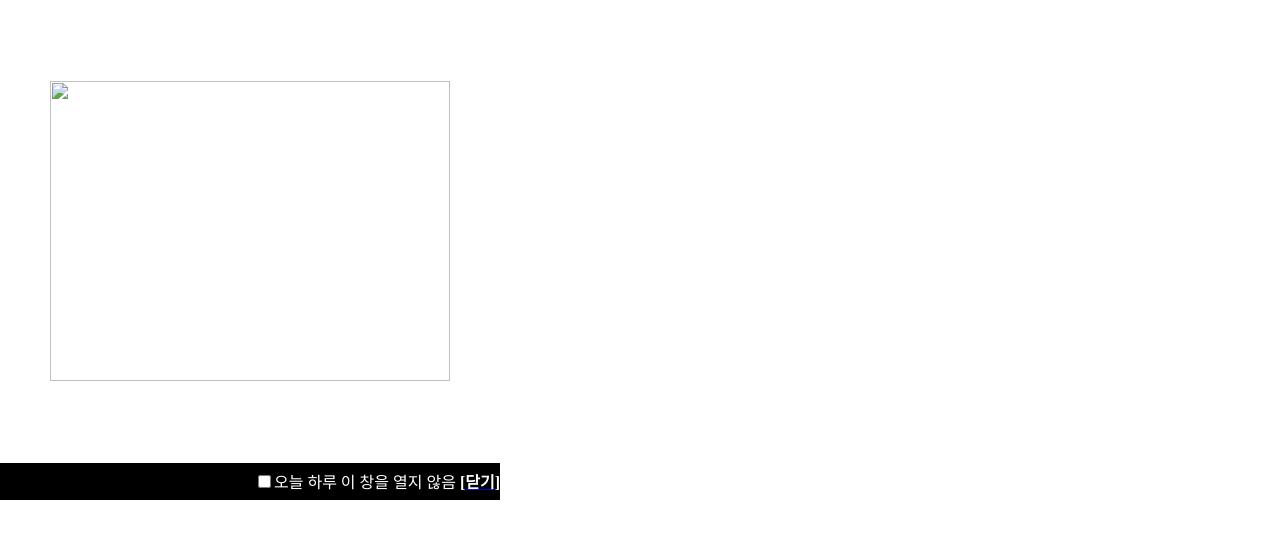
Repository: yohoaa/shoppingmall
Page: shoppingmall/WebContent/testT.html
These files come from the project's save history. The page is drawn as it stood at one moment and after the next save; the edit follows.
The browser window is 1280 px wide. The pictures show the whole page.

Above is the page before, as saved 2018-02-01 08:00:25.
Console error: TypeError: Cannot read properties of null (reading 'style')
Not found: shoppingmall/WebContent/pop.jpg

### shoppingmall/WebContent/testT.html

<!DOCTYPE HTML PUBLIC "-//W3C//DTD HTML 4.0 Transitional//EN">
<HTML>
 <HEAD>
  <TITLE> 팝업창 띄우기 </TITLE>
<!--팝업창 css-->
<style type="text/css">
 #pop{
  width:405px; height:325px; background:#000;
  position:absolute;z-index:999; top:10px; left:480px; text-align:center;
   }
 #pop a{color:#fff;text-decoration:none;}
  #pop a:hover{color:#fff;text-decoration:underline;} /*텍스트 롤오버 했을때 밑줄 나타나게 함*/
</style>
<!--팝업창 css끝-->
 <!--팝업창 스크립트-->
<script language='javascript'>
<!--
var mvf = false;
var ofx = 0;
var ofy = 0;
var div_n;


function fncInit(n)
{
    var cookiedata = document.cookie;
    if ( cookiedata.indexOf(n+'=done') < 0 ) {
        document.getElementById(n).style.visibility = 'visible';
    }
    else {
        document.getElementById(n).style.visibility = 'hidden';
    }
    div_n = n;
    document.onmousemove = fncMove;
}


function setcookie( name, value, expirehours )
{
    var todayDate = new Date();
    todayDate.setHours( todayDate.getHours() + expirehours );
    document.cookie = name + '=' + escape( value ) + '; path=/; expires=' + todayDate.toGMTString() + ';'
}


function closeWin(n, x)
{
    if ( document.getElementsByName('chkbox')[x].checked )
    {
        setcookie(n, 'done', 24 );
    }
    document.getElementById(n).style.visibility = 'hidden';
}


function fncMVSet(n, bool )
{
    div_n = n;
    ofx = event.offsetX;
    ofy = event.offsetY;
    mvf = bool;
    var obj = document.getElementById(n);
    if( mvf )
        obj.style.filter = 'Alpha(Opacity=50)';
    else
        obj.style.filter = 'Alpha(Opacity=100)';
}


function fncMove(n)
{
    //alert(n);
    if( mvf )
    {
        var obj = document.getElementById(div_n);
        obj.style.top = event.clientY-ofy;
        ;
        obj.style.left= event.clientX-ofx;
    }
}
//-->
</script>
<script src="http://code.jquery.com/jquery-latest.js"></script>
 <script type="text/javascript">
    $(document).ready(function() {
      $('.close').click(function() {
        $('#divpop').hide();
      });
    });
 </script>
  <script type="text/javascript">
    $(document).ready(function() {
      $('.close2').click(function() {
        $('#divpop2').hide();
      });
    });
 </script>
<!--팝업창 스크립트 끝-->

 </HEAD>

<body onload='fncInit("divpop");fncInit("divpop2");' onmouseup='fncMVSet("divpop", false);fncMVSet("divpop2", false);'>



<form name='notice_form'>

    <div id='divpop' style='width:500px; height:600px; position:absolute; left:0px; top:0px; z-index:1000; visibility:hidden;'>

        <table width='500' height='500' cellpadding='0' cellspacing='0'>
            <tr>
                <td align='center' bgcolor='white'><img src="pop.jpg" width="400" height="300" border="0"></td>
            </tr>
            <tr>
                <td align='right' bgcolor='#000000'>
                    <input type='checkbox' name='chkbox' onclick='closeWin("divpop", 0);'><font color='#FFFFFF'>오늘 하루 이 창을 열지 않음
                    </font><a href="javascript:;" onclick="close_divpop('divpop_frm', 'divpop')"><b><span class="close"><B><span class="close"><font color='#FFFFFF'>[닫기]</font></span></B></a>
                </td>
            </tr>
        </table>
    </div>

</form>


</HTML>

After the next save:
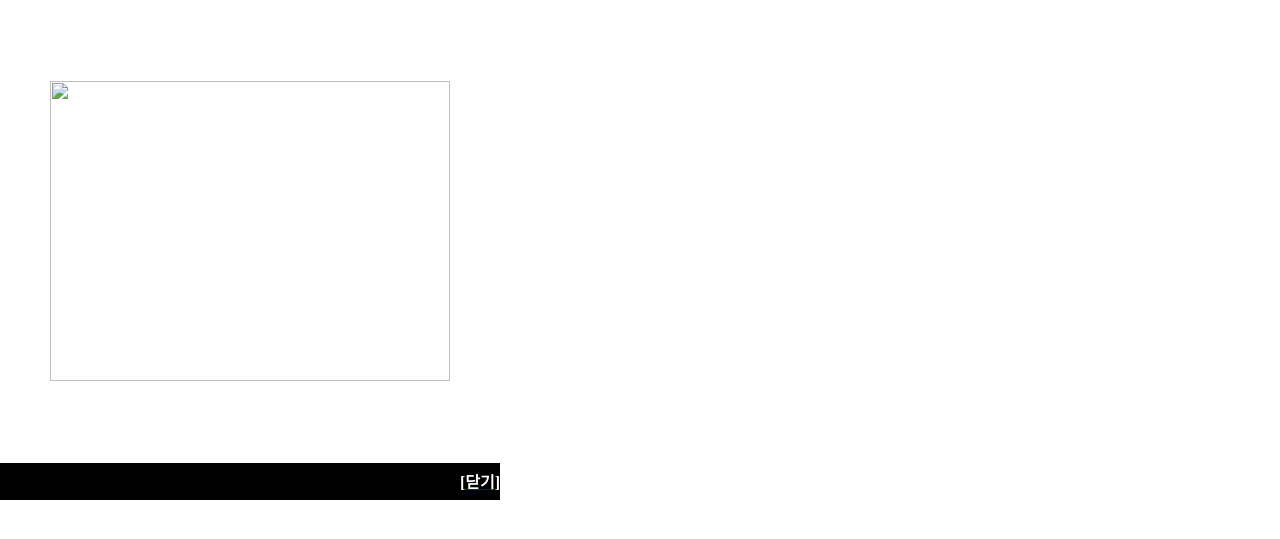
Saved 34 s later.
--- a/shoppingmall/WebContent/testT.html
+++ b/shoppingmall/WebContent/testT.html
@@ -114,7 +114,7 @@
             </tr>
             <tr>
                 <td align='right' bgcolor='#000000'>
-                    <input type='checkbox' name='chkbox' onclick='closeWin("divpop", 0);'><font color='#FFFFFF'>오늘 하루 이 창을 열지 않음
+
                     </font><a href="javascript:;" onclick="close_divpop('divpop_frm', 'divpop')"><b><span class="close"><B><span class="close"><font color='#FFFFFF'>[닫기]</font></span></B></a>
                 </td>
             </tr>
